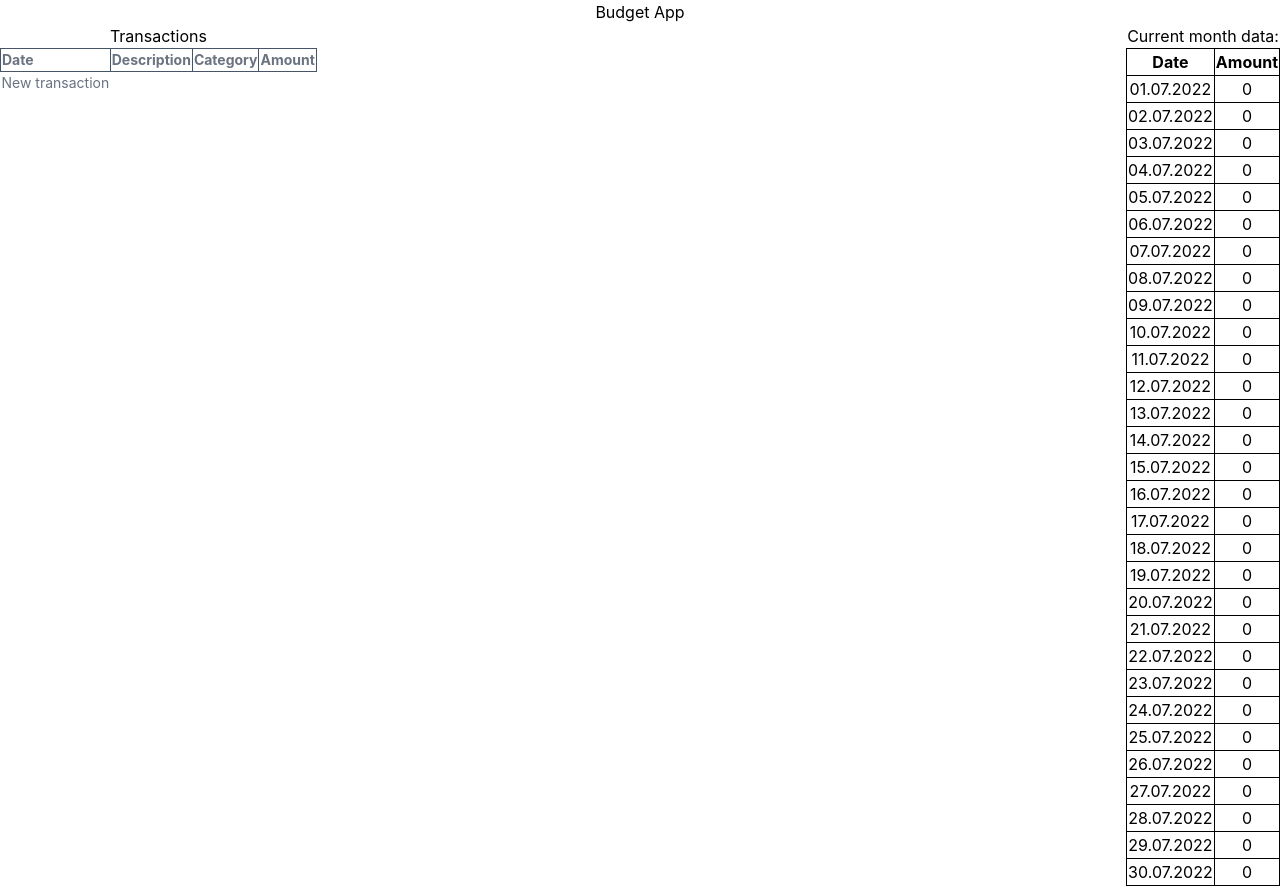
Repository: matveisch/budget-app
Page: /
The author's editor kept a copy of each file at every save. The page is drawn from the files as they stood at one save, then again after the next save.
The browser window is 1280 px wide. The pictures show the whole page.
The project was rebuilt for these pictures with package versions that can differ from the ones it lists, and the page was loaded fresh each time. Also part of the build but not shown: src/components/TransactionsList/TransactionsList.css, src/components/SingleTransaction/SingleTransaction.tsx.

Above is the page before, as saved 2022-07-21 17:54:02.

### src/App.tsx
import React, {useState} from 'react';

import './App.css';

import TransactionsList from "./components/TransactionsList/TransactionsList";
import {TransactionsContext} from "./data/TransactionsContext";
import {ListOfTransactions} from "./interface/types/Types";
import InputPopup from "./components/InputPopup/InputPopup";
import {CategoriesContext} from "./data/CategoriesContext";
import DaysSum from "./components/DaysSum/DaysSum";

function App() {
    const [transactions, setTransactions] = useState<ListOfTransactions["arrayOfObjects"]>([
        {
            id: 1,
            amount: 20,
            note: 'bread from local store',
            category: 'food',
            date: '2022-02-22'
        }
    ]);

    const [categories, setCategories] = useState(['food', 'shopping', 'groceries']);
    const [toggleInputPopup, setToggleInputPopup] = useState(false);

    return (
        <TransactionsContext.Provider value={{transactions, setTransactions}} >
            <CategoriesContext.Provider value={{categories, setCategories}} >
                <div className="App">
                    <header>
                        <h1>Budget App</h1>
                    </header>
                    <main>
                        <div id="transactions">
                            <h2>Transactions</h2>
                            <TransactionsList transactions={transactions} setToggleInputPopup={setToggleInputPopup}/>
                            <InputPopup toggleInputPopup={toggleInputPopup} setToggleInputPopup={setToggleInputPopup}/>
                        </div>
                        <div id="month-data">
                            <h2>Current month data:</h2>
                            <DaysSum />
                        </div>
                    </main>
                </div>
            </CategoriesContext.Provider>
        </TransactionsContext.Provider>
    );
}

export default App;

### src/components/TransactionsList/TransactionsList.tsx
import React, {Dispatch, SetStateAction} from 'react';

import './TransactionsList.css';

import {ListOfTransactions, Transaction} from "../../interface/types/Types";
import SingleTransaction from "../SingleTransaction/SingleTransaction";

interface TransactionsProps {
    transactions: ListOfTransactions["arrayOfObjects"];
    setToggleInputPopup: Dispatch<SetStateAction<boolean>>;
}

const TransactionsList = (props: TransactionsProps) => {
    return (
        <table id="transactions-list" className='w-full text-sm text-left text-gray-500 dark:text-gray-400'>
            <thead>
                <tr>
                    <th className='border border-slate-600'>Date</th>
                    <th className='border border-slate-600'>Description</th>
                    <th className='border border-slate-600'>Category</th>
                    <th className='border border-slate-600'>Amount</th>
                </tr>
            </thead>
            <tbody>
                {props.transactions.filter(transaction => new Date(transaction.date).getMonth() === new Date().getMonth()).map((item: Transaction, index: number) => {
                    return (
                        <SingleTransaction id={item.id} amount={item.amount} note={item.note} category={item.category} date={item.date} key={index}/>
                    )
                })}
            </tbody>
            <tfoot>
                <tr>
                    <td><button onClick={() => props.setToggleInputPopup(true)}>New transaction</button></td>
                </tr>
            </tfoot>
        </table>
    );
};

export default TransactionsList;

### src/data/TransactionsContext.tsx
import React, {createContext} from "react";

import {TransactionsContextType} from "../interface/types/Types";

export const TransactionsContext = createContext<TransactionsContextType | null>(null);

### src/components/InputPopup/InputPopup.tsx
import React, {Dispatch, SetStateAction, useContext, useEffect, useState} from 'react';

import './InputPopup.css';

import {TransactionsContext} from "../../data/TransactionsContext";
import {CategoriesContextType, Transaction, TransactionsContextType} from "../../interface/types/Types";
import Dropdown from "../../ui/Dropdown/Dropdown";
import {CategoriesContext} from "../../data/CategoriesContext";

interface InputPopupProps {
    toggleInputPopup: boolean;
    setToggleInputPopup: Dispatch<SetStateAction<boolean>>;
}

const InputPopup = (props: InputPopupProps) => {
    const { transactions, setTransactions } = useContext(TransactionsContext) as TransactionsContextType;
    const { categories, setCategories } = useContext(CategoriesContext) as CategoriesContextType;
    const [currentCategory, setCurrentCategory] = useState('');

    const [initialValues, setInitialValues] = useState({
        id: transactions.length + 1,
        amount: 0,
        note: '',
        category: '',
        date: '',
    })

    const handleDataChange = (e: React.ChangeEvent<HTMLInputElement>) => {
        const { id, value } = e.target;
        setInitialValues(prevState => ({
            ...prevState,
            [id]: value
        }));
    };

    // updating transaction id
    useEffect(() => {
        setInitialValues({...initialValues, ['id']: (transactions.length + 1)});
    }, [transactions.length])

    // updating transaction category
    useEffect(() => {
        setInitialValues({...initialValues, ['category']: currentCategory});
    }, [currentCategory]);

    const handleSave = (e: React.MouseEvent<HTMLButtonElement>) => {
        const saveData = (values: Transaction) => {
            setTransactions(current => [...current, values]);
        };

        e.preventDefault();

        // check if user filled all the inputs
        if (initialValues.amount > 0 && initialValues.note.length > 0 && initialValues.date.length > 0 && initialValues.category.length > 0) {
            saveData(initialValues);
            props.setToggleInputPopup(false);
        } else {
            console.log('fill all the inputs');
        }
    };

    return (
        <div id="input-popup" style={props.toggleInputPopup ? {display: 'block', position: 'absolute'} : {display: 'none'}}>
            <form id="input-popup__form">
                <div className="option-container">
                    <label htmlFor="date">Date:</label>
                    <input type="date" id="date" onChange={handleDataChange} value={initialValues.date}/>
                </div>
                <div className="option-container">
                    <label htmlFor="note">Description:</label>
                    <input type="text" id="note" onChange={handleDataChange} value={initialValues.note}/>
                </div>
                <Dropdown placeholder={'Categories'}
                          options={categories}
                          currentCategory={currentCategory}
                          setCurrentCategory={setCurrentCategory}/>
                <div className="option-container">
                    <label htmlFor="amount">Amount:</label>
                    <input type="number" id="amount" onChange={handleDataChange} value={initialValues.amount}/>
                </div>
                <div className="buttons">
                    <button type="submit" onClick={handleSave}>Save</button>
                    <button onClick={(e) => {e.preventDefault(); props.setToggleInputPopup(false);}}>Close</button>
                </div>
            </form>
        </div>
    );
};

export default InputPopup;

### src/data/CategoriesContext.tsx
import React, {createContext} from "react";

import {CategoriesContextType} from "../interface/types/Types";

export const CategoriesContext = createContext<CategoriesContextType | null>(null);

### src/components/DaysSum/DaysSum.tsx
import React, {useContext} from 'react';

import './DaysSum.css';

import {Transaction, TransactionsContextType} from "../../interface/types/Types";
import {TransactionsContext} from "../../data/TransactionsContext";

const DaysSum = () => {
    const { transactions, setTransactions } = useContext(TransactionsContext) as TransactionsContextType;

    // count sum of all transactions made on the exact day
    const countSum = (arr: Transaction[]) => arr.reduce((sum, {amount}) => sum + amount * 1, 0);

    const getDaysInMonth = (year: number, month: number) => {
        return new Date(year, month, 0).getDate();
    }

    const currentMonth = new Date().getMonth();
    const currentYear = new Date().getFullYear();

    const monthLongTable = () => {
        let arrayOfTr = [];

        for (let i = 0; i < getDaysInMonth(currentYear, currentMonth); i++) {
            arrayOfTr.push(
                <tr key={i}>
                    <td>{`${i + 1 > 9 ? i + 1 : `0${i + 1}`}.${currentMonth + 1 > 9 ? currentMonth + 1 : `0${currentMonth + 1}`}.${currentYear}`}</td>
                    <td>{countSum(transactions.filter(transaction => new Date(transaction.date).getDate() === i + 1 && new Date(transaction.date).getMonth() === currentMonth))}</td>
                </tr>
            )
        }

        return arrayOfTr;
    }

    return (
        <table id="days-sum">
            <thead>
                <tr>
                    <th>Date</th>
                    <th>Amount</th>
                </tr>
            </thead>
            <tbody>
                {monthLongTable()}
            </tbody>
        </table>
    );
};

export default DaysSum;

### src/components/InputPopup/InputPopup.css
#input-popup {
  background-color: white;
}
#input-popup__form {
  display: flex;
  flex-direction: column;
  align-items: start;
  gap: 5px;
  width: 300px;
  border: 1px solid;
  border-radius: 8px;
  padding: 15px;
}
#input-popup__form .option-container {
  display: flex;
  gap: 10px;
}
#input-popup__form .buttons {
  width: 100%;
  display: flex;
  justify-content: space-between;
}/*# sourceMappingURL=InputPopup.css.map */

### src/ui/Dropdown/Dropdown.tsx
import React, {Dispatch, SetStateAction, useState} from 'react';

import './Dropdown.css';
import arrow from '../../data/images/arrow-down-sign-to-navigate.png';

interface DropdownProps {
    placeholder: string;
    options: string[];
    currentCategory: string;
    setCurrentCategory: Dispatch<SetStateAction<string>>;
}

const Dropdown = (props: DropdownProps) => {
    const [dropdownToggle, setDropdownToggle] = useState(false);

    const optionClickHandler = (option: string) => {
        props.setCurrentCategory(option);
        setDropdownToggle(false);
    }

    return (
        <div className="dropdown">
            <div className="dropdown__header" onClick={() => setDropdownToggle(!dropdownToggle)}>
                {props.currentCategory.length > 0 ? props.currentCategory : props.placeholder}
                <img src={arrow} alt="" style={dropdownToggle ? {transform: 'rotate(180deg)'} : undefined}/>
            </div>
            <div className="dropdown__options-container"
                 style={dropdownToggle ? {display: 'flex'} : {display: 'none'}}>{props.options.map((option, index) => {
                return (
                    <p key={index} className="option" onClick={() => optionClickHandler(option)}>{option}</p>
                )
            })}</div>
        </div>
    );
};

export default Dropdown;

### src/components/DaysSum/DaysSum.css
#days-sum td, #days-sum th {
  border: 1px solid;
}/*# sourceMappingURL=DaysSum.css.map */

### src/ui/Dropdown/Dropdown.css
.dropdown {
  border: 1px solid;
  border-radius: 8px;
  padding: 5px;
  display: flex;
  flex-direction: column;
  gap: 5px;
}
.dropdown__header {
  display: flex;
  gap: 5px;
  justify-content: start;
  align-items: center;
  cursor: pointer;
}
.dropdown__header img {
  width: 12px;
  margin-left: 10px;
}
.dropdown__options-container {
  display: flex;
  position: absolute;
  flex-direction: column;
  align-items: start;
  gap: 5px;
}
.dropdown__options-container p {
  margin: 0;
  cursor: pointer;
}/*# sourceMappingURL=Dropdown_20220721173959.css.map */

Loaded but not shown: public/index.html (common file); src/index.tsx (common file); src/index.css (common file); src/reportWebVitals.ts (common file); src/App.css (common file); tailwind.config.js (common file)

After the next save:
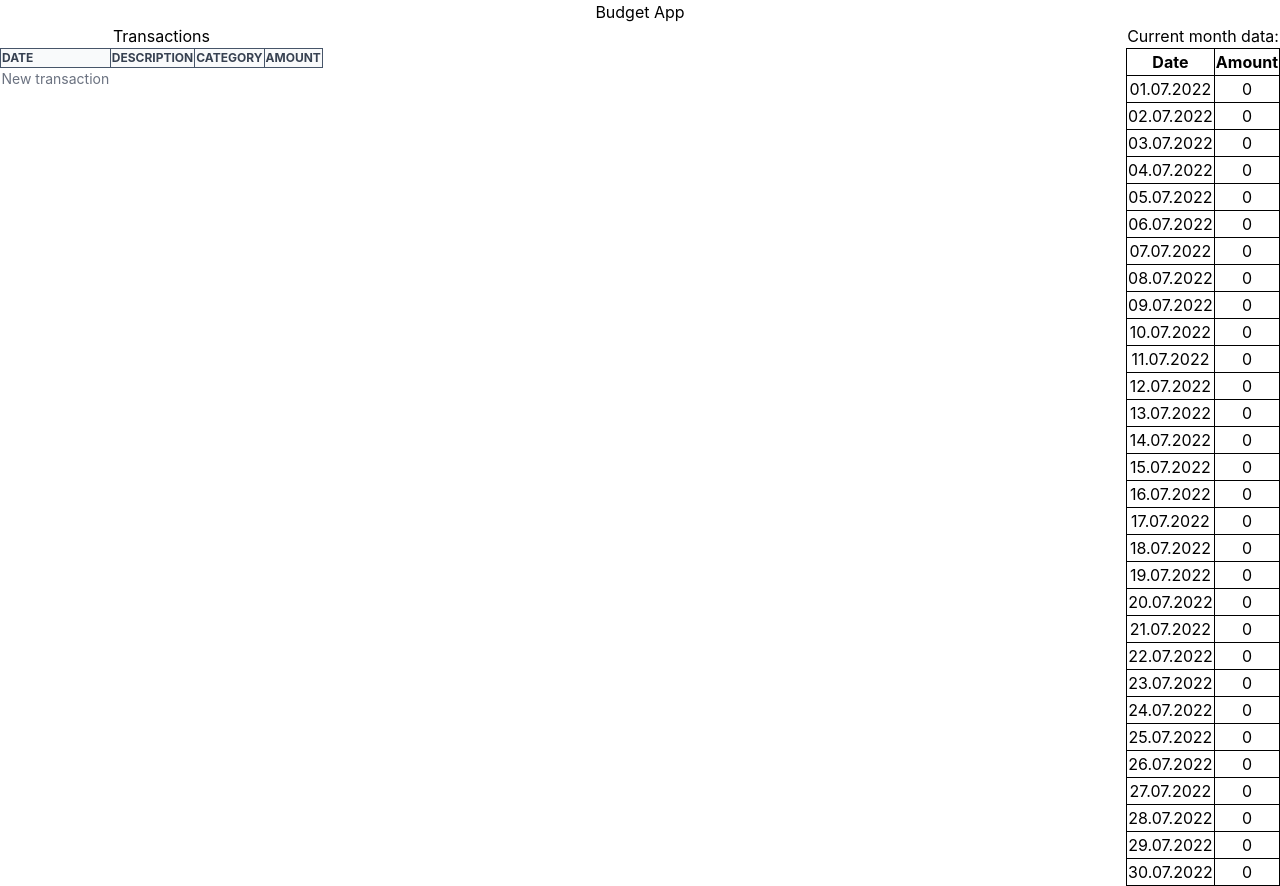
Saved 15 s later.
--- a/src/components/TransactionsList/TransactionsList.tsx
+++ b/src/components/TransactionsList/TransactionsList.tsx
@@ -13,7 +13,7 @@ interface TransactionsProps {
 const TransactionsList = (props: TransactionsProps) => {
     return (
         <table id="transactions-list" className='w-full text-sm text-left text-gray-500 dark:text-gray-400'>
-            <thead>
+            <thead className='text-xs text-gray-700 uppercase bg-gray-50 dark:bg-gray-700 dark:text-gray-400'>
                 <tr>
                     <th className='border border-slate-600'>Date</th>
                     <th className='border border-slate-600'>Description</th>
